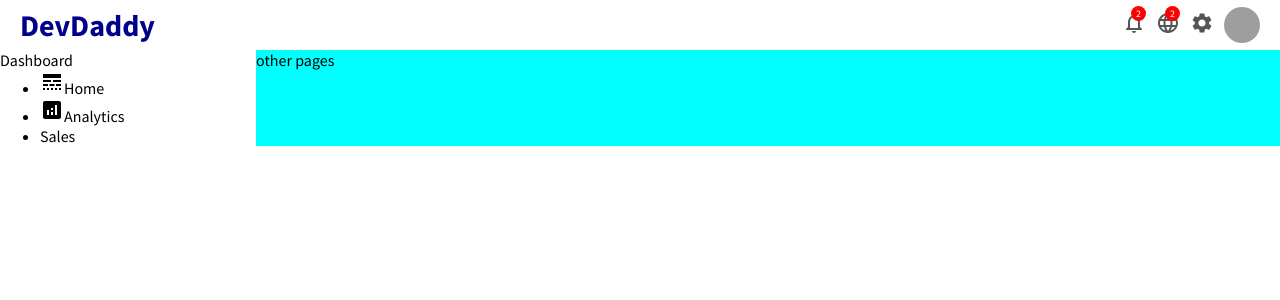
Repository: Marhamat92/react-admin-dashboard
Page: /user/1
These files come from the project's save history. The page is drawn as it stood at one moment and after the next save; the edit follows.
The browser window is 1280 px wide. The pictures show the whole page.
Pictures or frames that could not be fetched are drawn as grey boxes. The project was rebuilt for these pictures with package versions that can differ from the ones it lists, and the page was loaded fresh each time.

Above is the page before, as saved 2023-02-07 17:43:33.

After the next save:
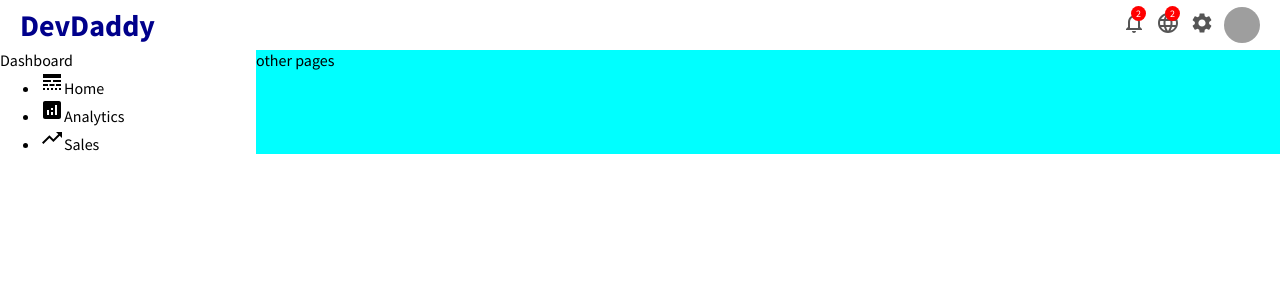
Saved 46 s later.
--- a/src/components/sidebar/Sidebar.js
+++ b/src/components/sidebar/Sidebar.js
@@ -1,6 +1,6 @@
 import React from 'react'
 import './sidebar.scss'
-import { Analytics, LineStyle } from '@mui/icons-material'
+import { Analytics, LineStyle, TrendingUp } from '@mui/icons-material'
 
 function Sidebar() {
   return (
@@ -20,6 +20,7 @@ function Sidebar() {
               Analytics
             </li>
             <li className='sidebarListItem'>
+              <TrendingUp />
               Sales
             </li>
           </ul>
